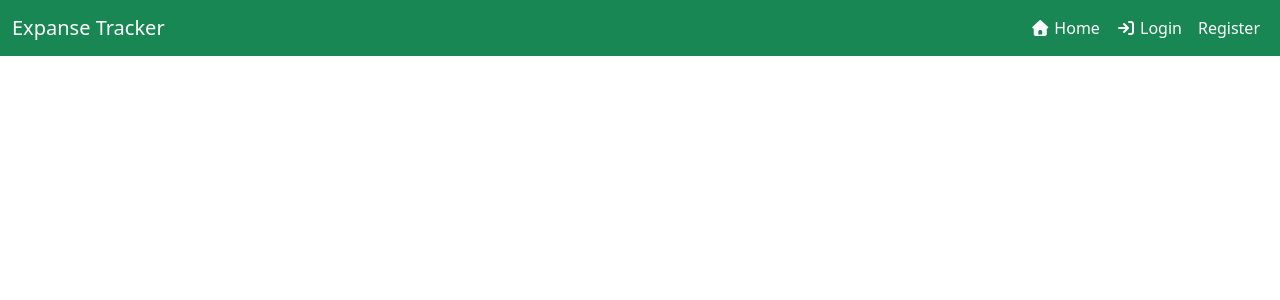
Repository: Hashim-Ansari-82/Java_Project
Page: http://localhost/Online_Expanse_Tracker/
These files come from the project's save history. The page is drawn as it stood at one moment and after the next save; the edit follows.
The browser window is 1280 px wide. The pictures show the whole page.
Some web libraries are served in a nearby version. The page is served by Tomcat 9.

Above is the page before, as saved 2026-05-25 04:47:28.

After the next save:
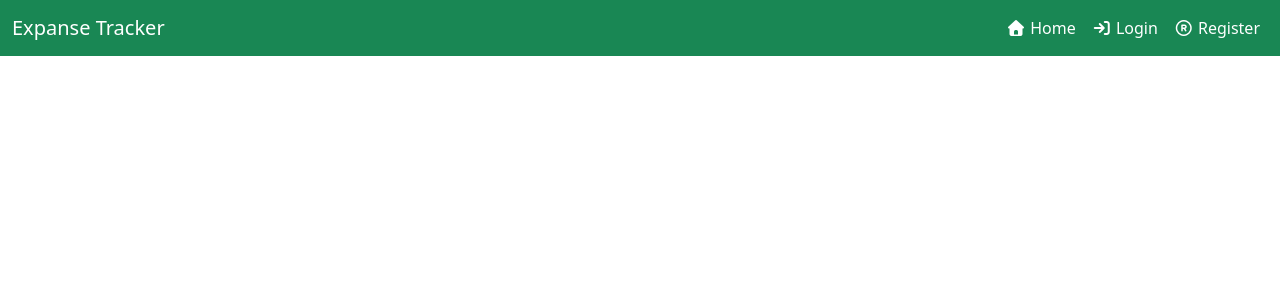
Saved 48 s later.
--- a/Online_Expanse_Tracker/src/main/webapp/index.jsp
+++ b/Online_Expanse_Tracker/src/main/webapp/index.jsp
@@ -33,7 +33,8 @@
 						aria-current="page" href="#"><i class="fa-solid fa-house"></i> Home</a></li>
 					<li class="nav-item"><a class="nav-link active" href="#">
 					<i class="fa-solid fa-arrow-right-to-bracket"></i> Login</a></li>
-					<li class="nav-item"><a class="nav-link active" href="#">Register</a></li>
+					<li class="nav-item"><a class="nav-link active" href="#">
+					<i class="fa-regular fa-registered"></i> Register</a></li>
 				</ul>
 				<!-- <form class="d-flex">
 					<input class="form-control me-2" type="search" placeholder="Search"
